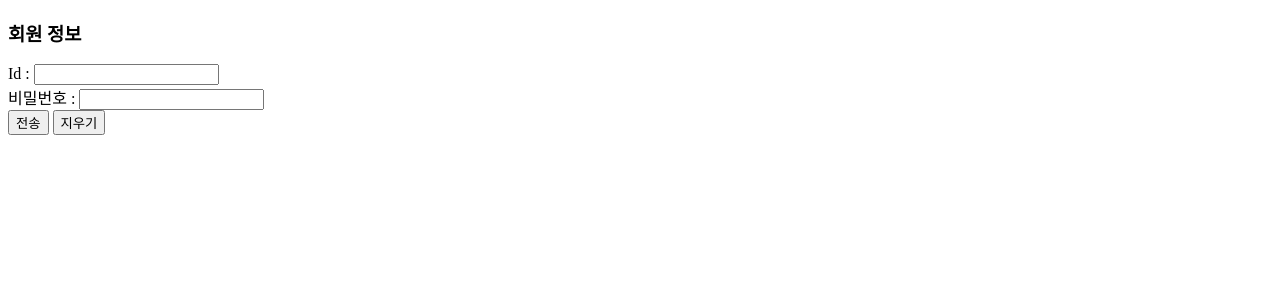
Repository: HyemCha/servlet-jsp
Page: http://localhost/ServletJSP/login.jsp
An editor plug-in stored every save of this project. The page is shown before and after the next save, followed by the edit.
The browser window is 1280 px wide. The pictures show the whole page.
The page is served by Tomcat 9. Other server files are loaded and not shown.

Above is the page before, as saved 2022-10-11 02:20:55.

### eclipse-workspace/ServletJSP/src/main/webapp/login.jsp
<%@ page language="java" contentType="text/html; charset=UTF-8"
    pageEncoding="UTF-8"%>
<!DOCTYPE html>
<html>
<head>
<meta charset="UTF-8">
<title>로그인 화면</title>
</head>
<body>
	<h3>회원 정보</h3>
	<form action="queryTest" method="get">
		Id : <input type="text" name="id"/><br/>
		비밀번호 : <input type="password" name="pwd"/><br/>
		<input type="submit" value="전송"/>
		<input type="reset" value="지우기"/>
	</form>
</body>
</html>

After the next save:
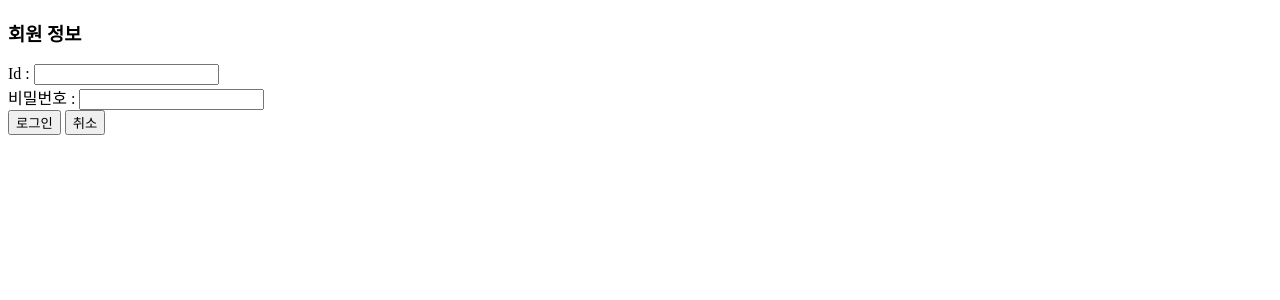
Saved 11 s later.
--- a/eclipse-workspace/ServletJSP/src/main/webapp/login.jsp
+++ b/eclipse-workspace/ServletJSP/src/main/webapp/login.jsp
@@ -8,11 +8,11 @@
 </head>
 <body>
 	<h3>회원 정보</h3>
-	<form action="queryTest" method="get">
+	<form action="loginPro.jps" method="post">
 		Id : <input type="text" name="id"/><br/>
 		비밀번호 : <input type="password" name="pwd"/><br/>
-		<input type="submit" value="전송"/>
-		<input type="reset" value="지우기"/>
+		<input type="submit" value="로그인"/>
+		<input type="reset" value="취소"/>
 	</form>
 </body>
 </html>
